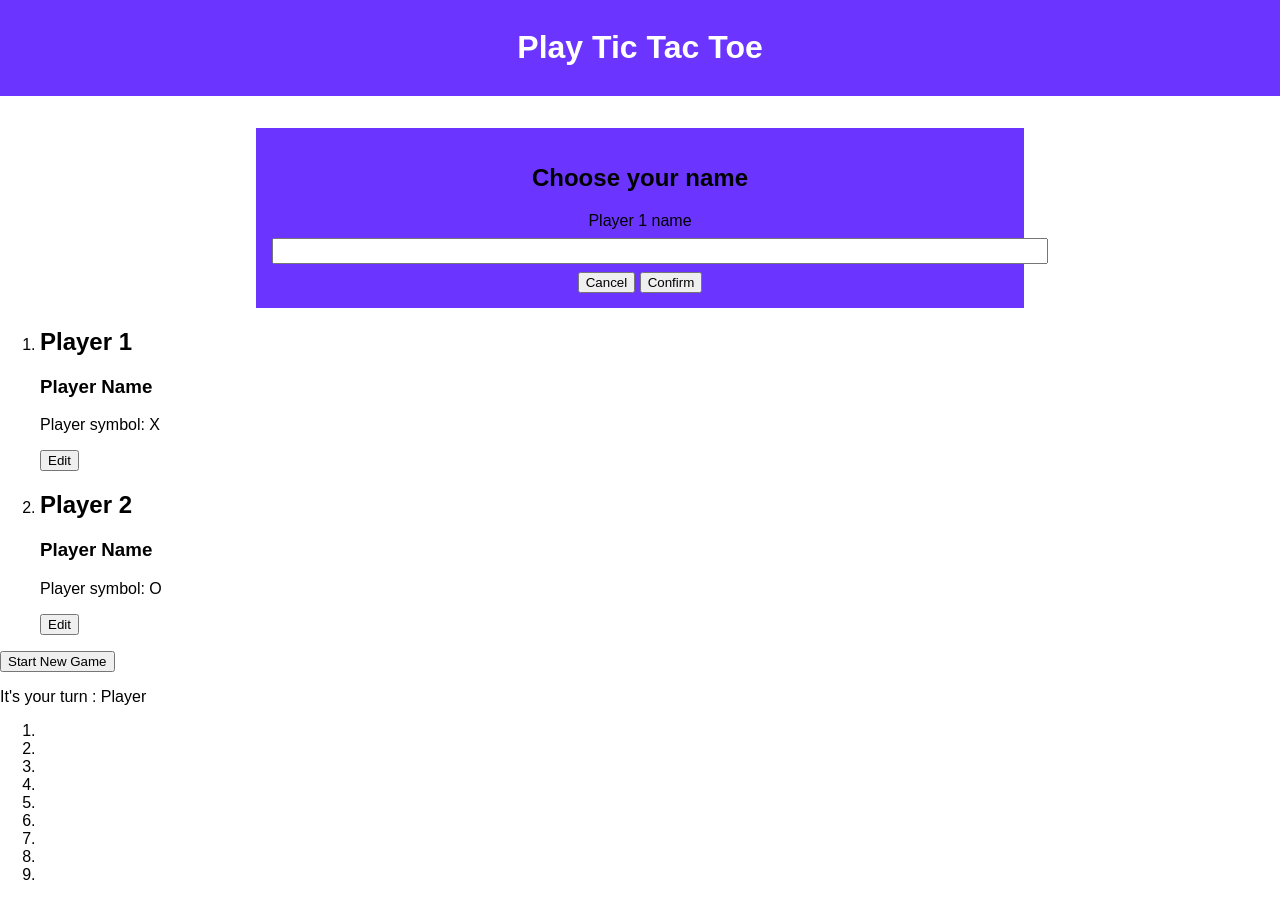
Repository: Harjot00/Wevdev
Page: Tic tac toe/index.html
An editor plug-in stored every save of this project. The page is shown before and after the next save, followed by the edit.
The browser window is 1280 px wide. The pictures show the whole page.
Some web fonts or font styles are not loaded; a fallback is used.

Above is the page before, as saved 2022-05-20 23:43:08.

After the next save:
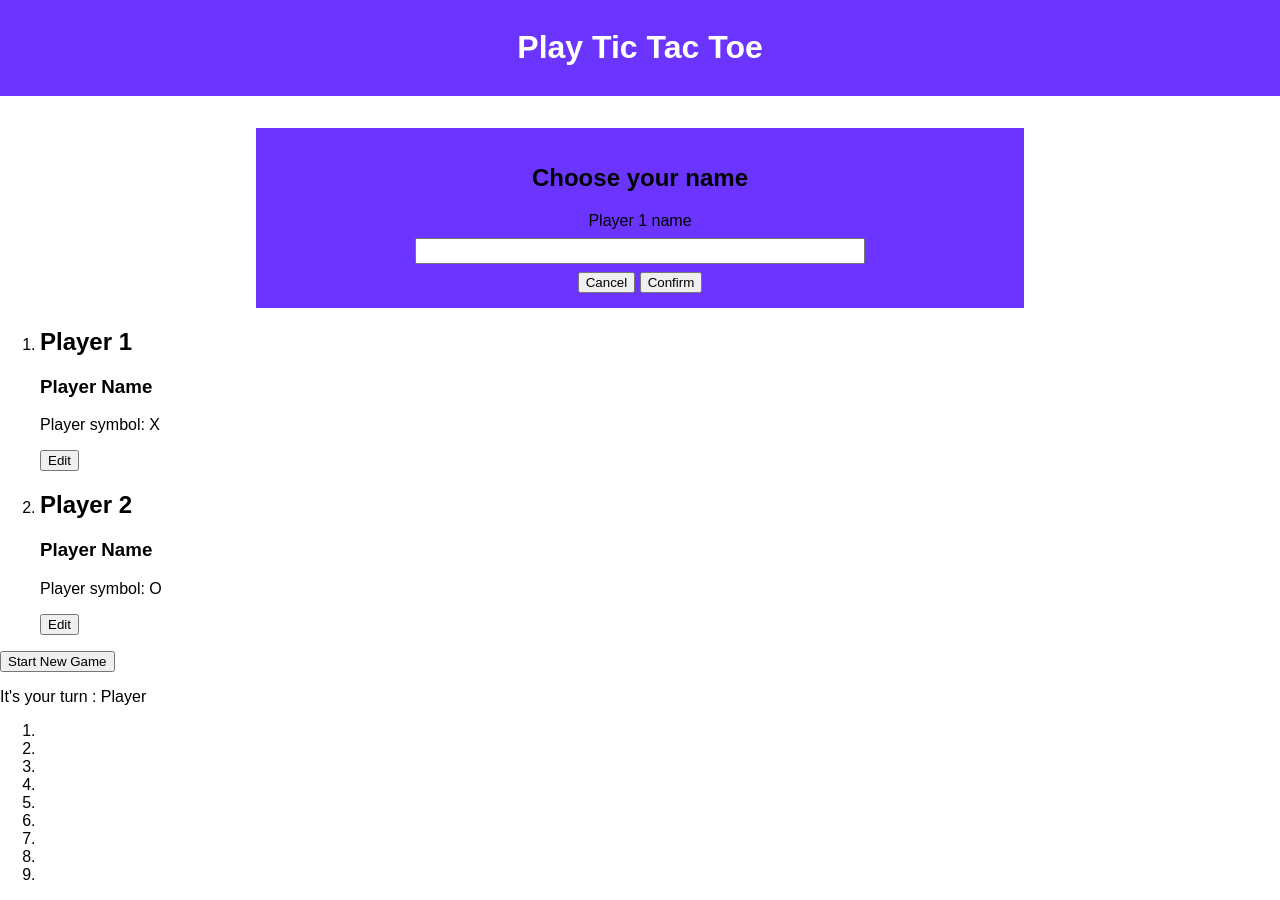
Saved 15 s later.
--- a/Tic tac toe/styles.css
+++ b/Tic tac toe/styles.css
@@ -24,5 +24,5 @@ aside input {
     display:block;
     margin:0.5rem auto;
     height:1.3rem;
-    width:60vw;
+    width:60%;
 }
